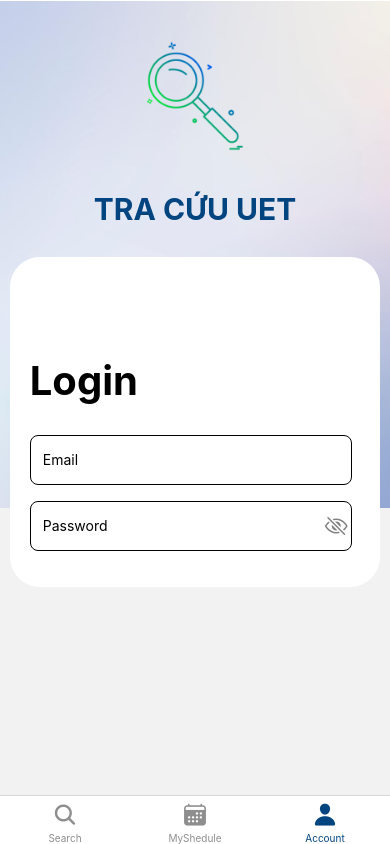
Repository: nguyenkhackien/Student-Progress-Tracker-
Screen: /Account (app in MyApp/)
These files come from the project's save history. The screen is drawn as it stood at one moment and after the next save; the edit follows.
The app was drawn by React Native's web renderer in a window 390 px wide. The project was rebuilt for these pictures with package versions that can differ from the ones it lists, and the page was loaded fresh each time. Also part of the build but not shown: MyApp/src/components/MyScheduleScreen.js.

Above is the screen before, as saved 2024-07-21 22:04:29.

### MyApp/App.js
import { createBottomTabNavigator } from "@react-navigation/bottom-tabs"
import { StatusBar } from "react-native"
import { Platform, SafeAreaView, StyleSheet, Text, View } from "react-native"
import AccountScreen from "./src/components/AccountScreen"
import MyScheduleScreen from "./src/components/MyScheduleScreen"
import SearchScreen from "./src/components/SearchSreen"
import { NavigationContainer } from "@react-navigation/native"
import { primaryColor } from "./src/Constants/Color"
import { Ionicons } from "@expo/vector-icons"

const Tab = createBottomTabNavigator()
const screenOptions = {
    headerShown: false,
    tabBarActiveTintColor: primaryColor,
}
export default function App() {
    return (
        <SafeAreaView style={styles.root}>
            <NavigationContainer>
                <Tab.Navigator screenOptions={screenOptions}>
                    <Tab.Screen
                        name="Search"
                        component={SearchScreen}
                        options={{
                            tabBarIcon: ({ focus, color, size }) => {
                                return (
                                    <Ionicons
                                        name={"search"}
                                        size={size}
                                        color={color}
                                    />
                                )
                            },
                        }}
                    />
                    <Tab.Screen
                        name="MyShedule"
                        component={MyScheduleScreen}
                        options={{
                            tabBarIcon: ({ focus, color, size }) => {
                                return (
                                    <Ionicons
                                        name={"calendar"}
                                        size={size}
                                        color={color}
                                    />
                                )
                            },
                        }}
                    />
                    <Tab.Screen
                        name="Account"
                        component={AccountScreen}
                        options={{
                            tabBarIcon: ({ focus, color, size }) => {
                                return (
                                    <Ionicons
                                        name={"person"}
                                        size={size}
                                        color={color}
                                    />
                                )
                            },
                        }}
                    />
                </Tab.Navigator>
            </NavigationContainer>
        </SafeAreaView>
    )
}
const styles = StyleSheet.create({
    root: {
        flex: 1,
        paddingTop: Platform.OS === "android" ? StatusBar.currentHeight : 1,
    },

})

### MyApp/src/components/AccountScreen.js
import { StyleSheet, Text, View } from "react-native"
import LoginScreen from "./LoginScreen"
export default function AccountScreen() {
    return (
        <LoginScreen/>
    )
}
const style = StyleSheet.create({

})

### MyApp/src/components/SearchSreen.js
import { StyleSheet, Text, View } from "react-native"

export default function SearchScreen() {
    return (
        <View>
            <Text> Search screen</Text>
        </View>
    )
}

### MyApp/src/Constants/Color.js
export const primaryColor = "#004580"

### MyApp/src/components/LoginScreen.js
import React, { useState } from "react"
import {
    View,
    Text,
    Image,
    TextInput,
    TouchableOpacity,
    ImageBackground,
} from "react-native"
import { Ionicons } from "@expo/vector-icons"
import { primaryColor } from "../Constants/Color"

const LoginScreen = () => {
    const [Email, setEmail] = useState("")
    const [password, setPassword] = useState("")
    const [passwordVisible, setPasswordVisible] = useState(false)

    const togglePasswordVisibility = () => {
        setPasswordVisible(!passwordVisible)
    }

    return (
        <View>
            <ImageBackground
                source={require("../../assets/bgc.png")}
                style={{ width: "100%", height: "100%" }}
            >
                <View style={styles.container}>
                    <Image
                        source={require("../../assets/logo.png")}
                        style={styles.logoIcon}
                    />
                    <Text style={styles.title}>TRA CỨU UET</Text>
                    <View style={styles.loginContainer}>
                        <Text style={styles.title}>
                            <Text style={{fontSize:40,color:'black'}}>Login</Text>
                        </Text>
                        <View style={styles.inputContainer}>
                            <TextInput
                                style={styles.input}
                                onChangeText={setEmail}
                                value={Email}
                                placeholder="Email"
                            />
                        </View>
                        <View style={styles.inputContainer}>
                            <TextInput
                                style={styles.input}
                                onChangeText={setPassword}
                                value={password}
                                placeholder="Password"
                                secureTextEntry={!passwordVisible}
                            />
                            <TouchableOpacity
                                onPress={togglePasswordVisibility}
                                style={styles.eyeIcon}
                            >
                                <Ionicons
                                    name={
                                        passwordVisible
                                            ? "eye-outline"
                                            : "eye-off-outline"
                                    }
                                    size={24}
                                    color="grey"
                                />
                            </TouchableOpacity>
                        </View>
                    </View>
                </View>
            </ImageBackground>
        </View>
    )
}

const styles = {
    container: {
        flex: 1,
        alignItems: "center",
    },
    title: {
        fontSize: 30,
        fontWeight: "bold",
        marginBottom: 30,
        color: primaryColor,
    },
    logoIcon: {
        width: 150,
        height: 150,
        marginVertical: 20,
    },
    loginContainer: {
        width: "95%",
        height: "65%",
        padding: 20,
        backgroundColor: "white",
        borderRadius: 30,
        justifyContent: "end",
    },
    inputContainer: {
        flexDirection: "row",
        alignItems: "center",
        marginBottom: 16,
    },
    input: {
        flex: 1,
        height: 50,
        borderWidth: 1,
        borderRadius: 8,
        paddingHorizontal: 12,
        marginRight: 8,
    },
    phoneIcon: {
        position: "absolute",
        right: 12,
    },
    eyeIcon: {
        position: "absolute",
        right: 12,
    },
}

export default LoginScreen

After the next save:
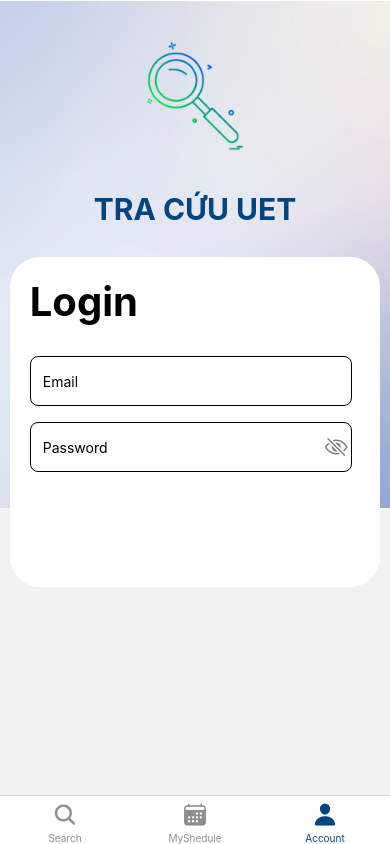
Saved 9 s later.
--- a/MyApp/src/components/LoginScreen.js
+++ b/MyApp/src/components/LoginScreen.js
@@ -95,7 +95,6 @@ const styles = {
         padding: 20,
         backgroundColor: "white",
         borderRadius: 30,
-        justifyContent: "end",
     },
     inputContainer: {
         flexDirection: "row",
